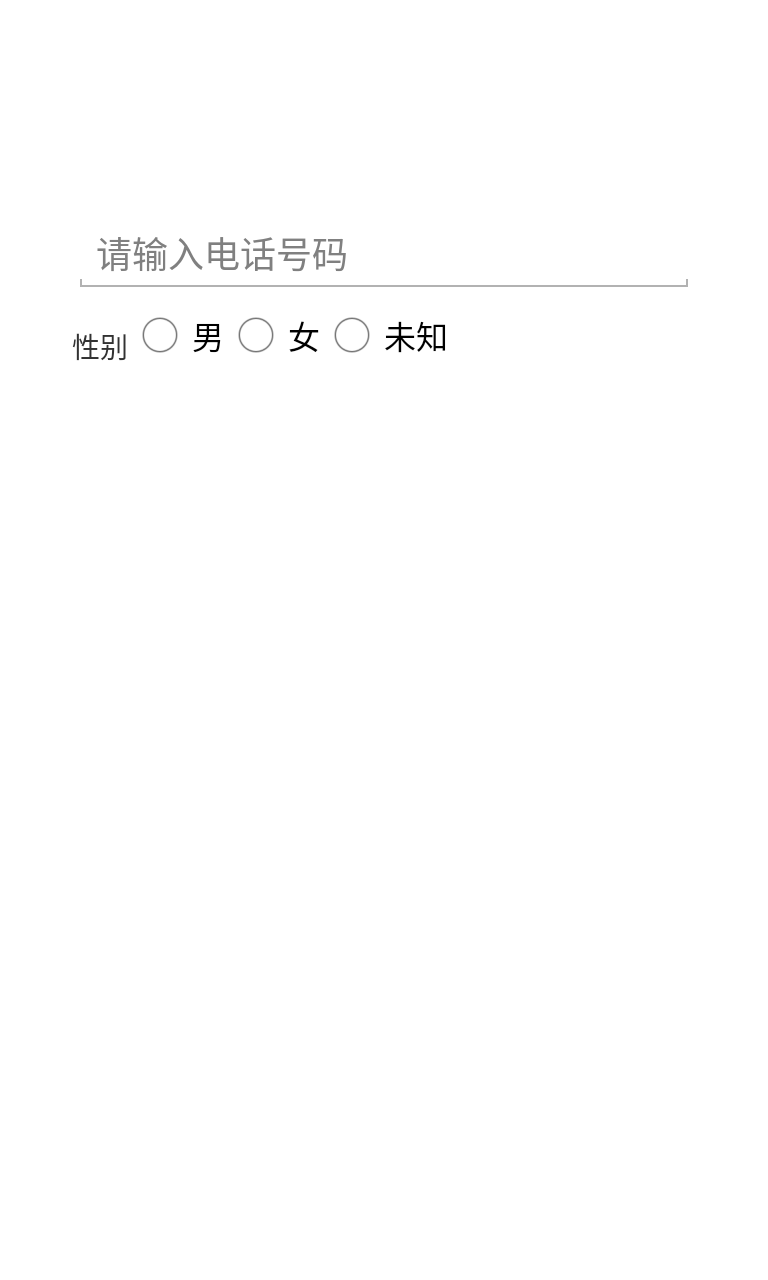
Repository: sonyi/androidClass
Layout: day04/PhoneDemo/res/layout/activity_main.xml
These files come from the project's save history. The layout is drawn as it stood at one moment and after the next save; the edit follows.
It is drawn on a 768 x 1280 px phone screen (xhdpi) without system bars, with theme AppTheme; the app's code is not run.

Above is the layout before, as saved 2014-05-29 09:50:13.

### day04/PhoneDemo/res/layout/activity_main.xml
<RelativeLayout xmlns:android="http://schemas.android.com/apk/res/android"
    xmlns:tools="http://schemas.android.com/tools"
    android:layout_width="match_parent"
    android:layout_height="match_parent"
    android:orientation="vertical"
    android:paddingBottom="@dimen/activity_vertical_margin"
    android:paddingLeft="@dimen/activity_horizontal_margin"
    android:paddingRight="@dimen/activity_horizontal_margin"
    android:paddingTop="@dimen/activity_vertical_margin"
    tools:context=".MainActivity" >

    <Gallery
        android:id="@+id/gallery"
        android:layout_width="80dp"
        android:layout_height="80dp"
        android:layout_centerHorizontal="true" />

    <AutoCompleteTextView
        android:id="@+id/phone_number"
        android:layout_width="match_parent"
        android:layout_height="wrap_content"
        android:layout_below="@id/gallery"
        android:layout_marginLeft="20dp"
        android:layout_marginRight="20dp"
        android:layout_marginTop="10dp"
        android:hint="@string/ph_num_hider"
        android:inputType="phone"
        android:maxLength="11" />

    <TextView
        android:id="@+id/tv_sex"
        android:layout_width="wrap_content"
        android:layout_height="wrap_content"
         android:layout_marginTop="15dp"
        android:layout_marginLeft="20dp"
        android:layout_below="@id/phone_number"
        android:text="@string/sex" />

    <RadioGroup
        android:id="@+id/rg_sex"
        android:layout_width="match_parent"
        android:layout_height="wrap_content"

        android:layout_toRightOf="@id/tv_sex"
        android:layout_alignBottom="@id/tv_sex"
        android:orientation="horizontal" >

        <RadioButton
            android:id="@+id/rb_male"
            android:layout_width="wrap_content"
            android:layout_height="wrap_content"
            android:text="@string/male" />
        <RadioButton
            android:id="@+id/rb_female"
            android:layout_width="wrap_content"
            android:layout_height="wrap_content"
            android:text="@string/female" />

        <RadioButton
            android:id="@+id/rb_unknown"
            android:layout_width="wrap_content"
            android:layout_height="wrap_content"
            android:text="@string/unknown" />


    </RadioGroup>

</RelativeLayout>

### day04/PhoneDemo/res/values/strings.xml
<?xml version="1.0" encoding="utf-8"?>
<resources>

    <string name="app_name">电话号码输入界面</string>
    <string name="action_settings">Settings</string>
    <string name="ph_num_hider">请输入电话号码</string>
    <string name="sex">性别</string>
    <string name="male">男</string>
    <string name="female">女</string>
    <string name="unknown">未知</string>

</resources>

Loaded but not shown: day04/PhoneDemo/res/values/styles.xml (common file); day04/PhoneDemo/res/values-v11/styles.xml (common file); day04/PhoneDemo/res/values-v14/styles.xml (common file); day04/PhoneDemo/res/values/dimens.xml (common file)

After the next save:
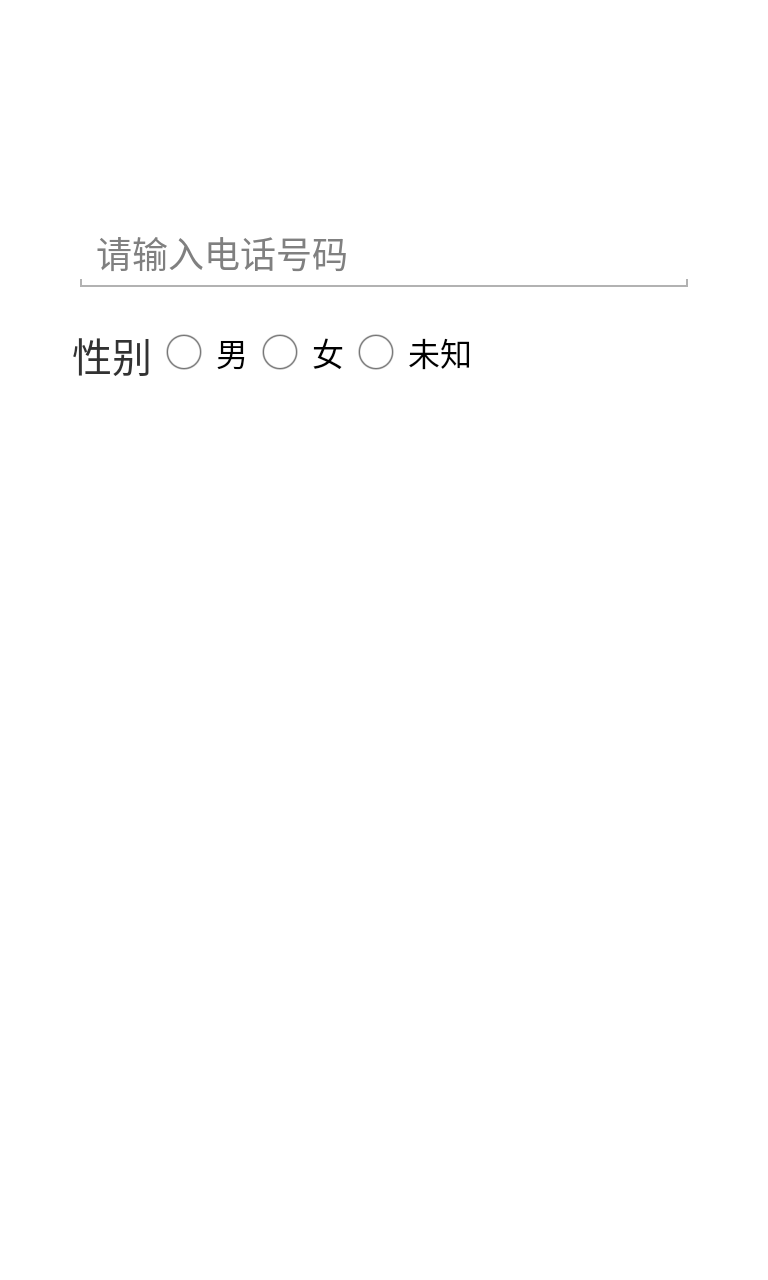
Saved 118 s later.
--- a/day04/PhoneDemo/res/layout/activity_main.xml
+++ b/day04/PhoneDemo/res/layout/activity_main.xml
@@ -33,6 +33,7 @@
         android:layout_height="wrap_content"
          android:layout_marginTop="15dp"
         android:layout_marginLeft="20dp"
+        android:textSize="20dp"
         android:layout_below="@id/phone_number"
         android:text="@string/sex" />
 
@@ -42,6 +43,7 @@
         android:layout_height="wrap_content"
 
         android:layout_toRightOf="@id/tv_sex"
+
         android:layout_alignBottom="@id/tv_sex"
         android:orientation="horizontal" >
 
